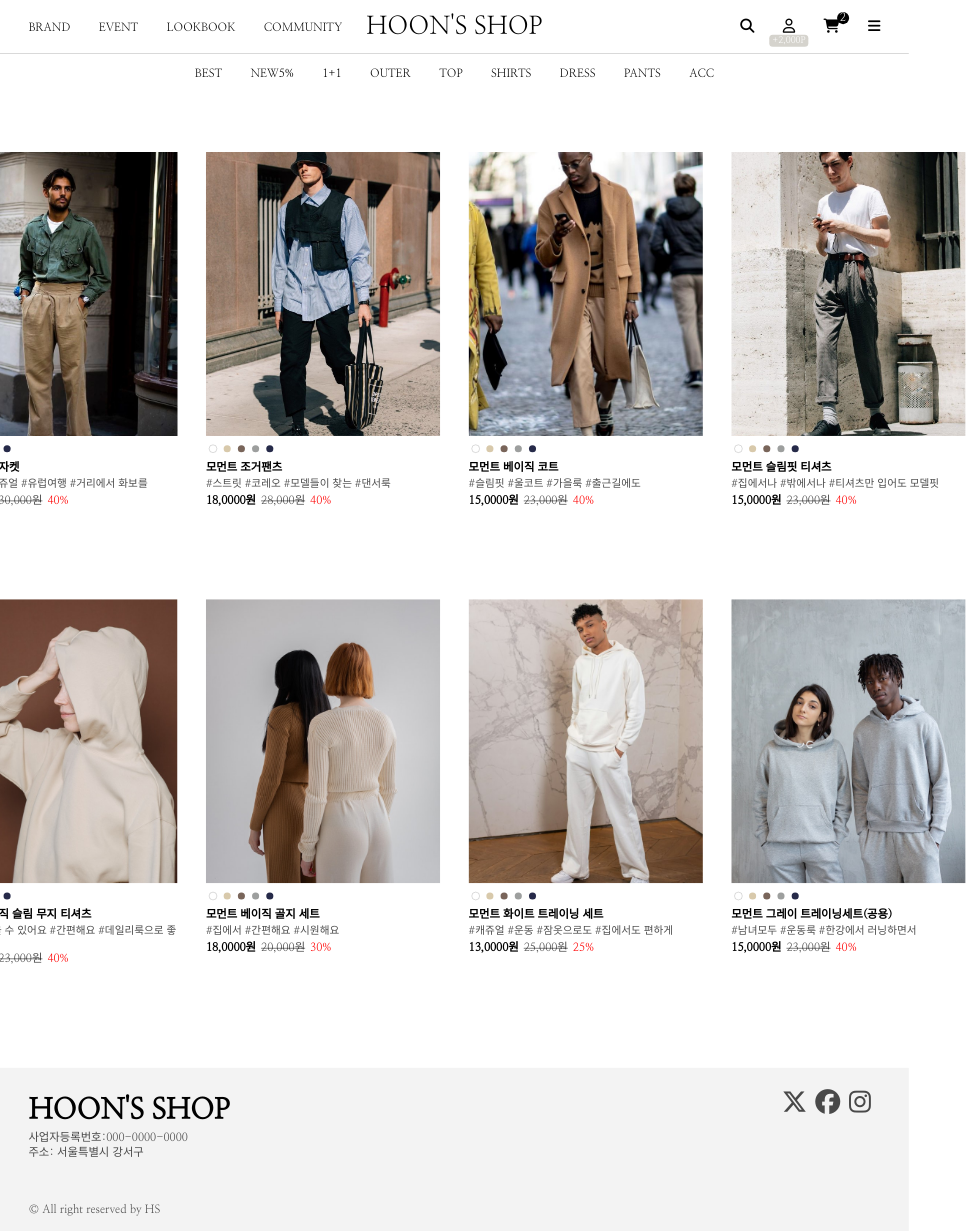
Repository: Iimchaehoon/cafeProject
Page: outer.html
These files come from the project's save history. The page is drawn as it stood at one moment and after the next save; the edit follows.
The browser window is 1280 px wide. The page is 1380 px wide, so the pictures cover 1380 px, including what lies to the right of the window. The pictures show the whole page, at 71% of full size.
The pointer rests on the first visible `.main__product-list-article`.
Some web libraries are served in a nearby version.

Above is the page before, as saved 2024-07-29 22:06:04.

After the next save:
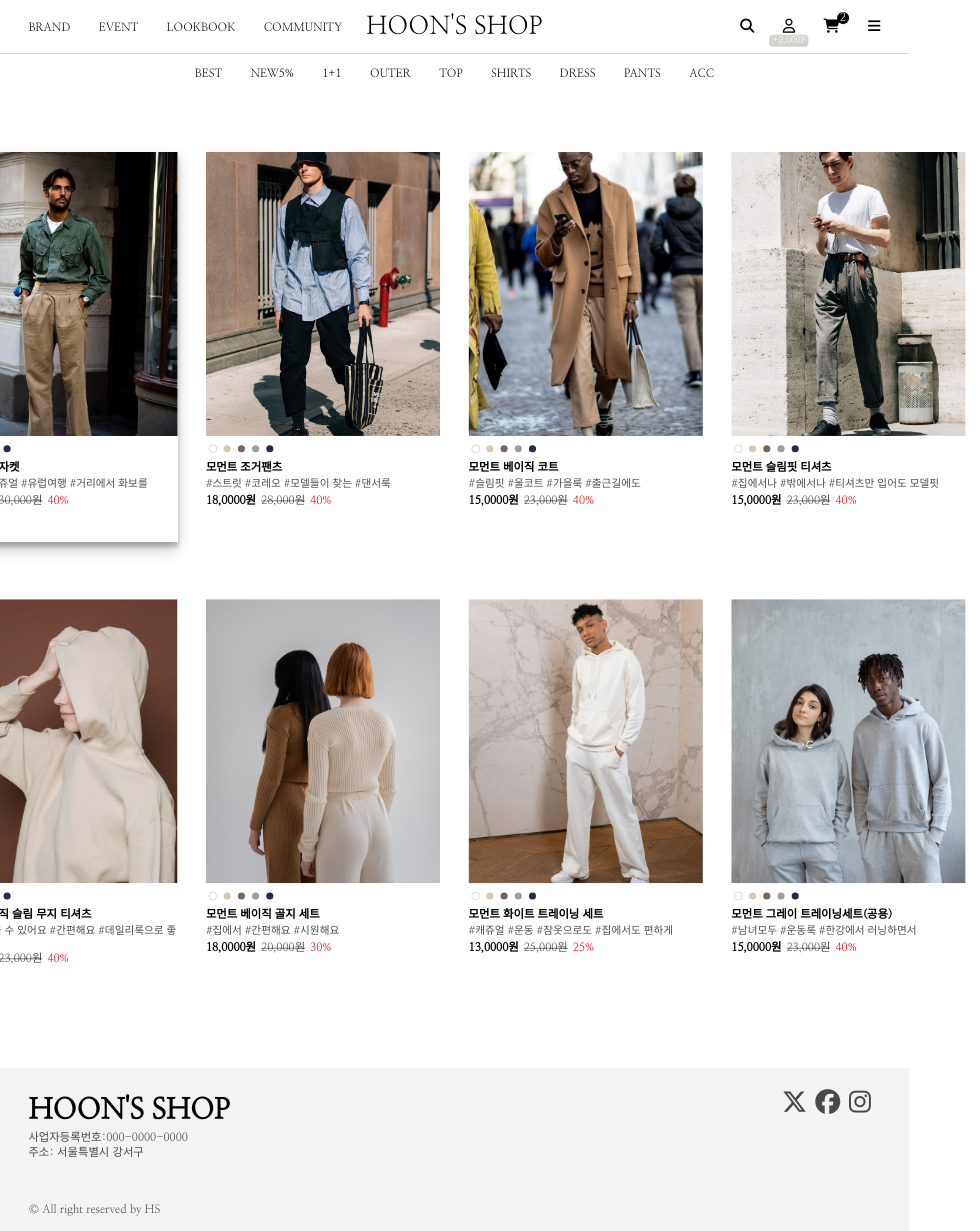
Saved 2 min 13 s later.
--- a/src/css/components/product-list.css
+++ b/src/css/components/product-list.css
@@ -24,6 +24,7 @@
 }
 .main__product-list-article:hover {
   cursor: pointer;
+  box-shadow: rgba(0, 0, 0, 0.19) 0px 10px 20px, rgba(0, 0, 0, 0.23) 0px 6px 6px;
 }
 .main__product-list-article:hover .main__article-img {
   transform: scale(1.1);
